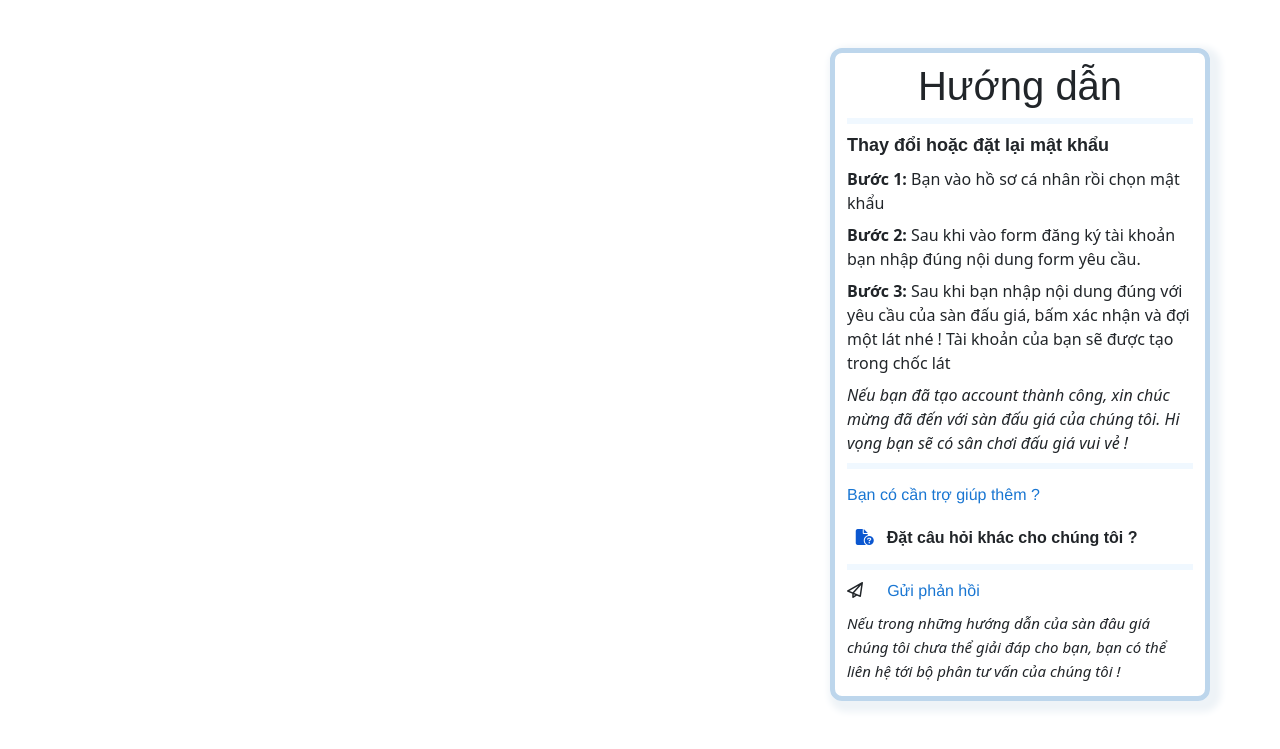
Repository: SonPhamThe/C0622G1-module5
Page: prototype--module6/guides/guide2.html
An editor plug-in stored every save of this project. The page is shown before and after the next save, followed by the edit.
The browser window is 1280 px wide. The pictures show the whole page.
Some web libraries are served in a nearby version.

Above is the page before, as saved 2022-12-07 15:27:15.

### prototype--module6/guides/guide2.html
<!DOCTYPE html>
<html lang="en">
  <head>
    <meta charset="UTF-8" />
    <meta
      name="viewport"
      content="width=device-width, user-scalable=no, initial-scale=1.0, maximum-scale=1.0, minimum-scale=1.0"
    />
    <meta http-equiv="X-UA-Compatible" content="ie=edge" />
    <title>Trang chủ hướng dẫn</title>
    <link rel="stylesheet" href="guide1.css" />
    <link rel="icon" type="image/x-icon" href="favicon.ico" />

    <link
      rel="stylesheet"
      href="https://cdnjs.cloudflare.com/ajax/libs/font-awesome/6.2.1/css/all.min.css"
    />

    <link
      href="https://cdn.jsdelivr.net/npm/bootstrap@5.1.3/dist/css/bootstrap.min.css"
      rel="stylesheet"
      integrity="sha384-1BmE4kWBq78iYhFldvKuhfTAU6auU8tT94WrHftjDbrCEXSU1oBoqyl2QvZ6jIW3"
      crossorigin="anonymous"
    />
    <script
      src="https://cdn.jsdelivr.net/npm/bootstrap@5.1.3/dist/js/bootstrap.bundle.min.js"
      integrity="sha384-ka7Sk0Gln4gmtz2MlQnikT1wXgYsOg+OMhuP+IlRH9sENBO0LRn5q+8nbTov4+1p"
      crossorigin="anonymous"
    ></script>
    <link
      rel="stylesheet"
      href="https://cdnjs.cloudflare.com/ajax/libs/font-awesome/5.15.4/css/all.min.css"
    />
  </head>
  <body>
    <!--Khi chọn mục hướng dẫn trên navbar sẽ đổ modal xuống. Ở trang chủ hướng dẫn em tính làm gồm những phần:
      Cách đăng ký account,
      Thay đổi hoặc đặt lại mật khẩu của bạn,
      Quản lý mật khẩu, vv....
      Khi click một trong số option sẽ chuyển qua một form chứa nội dung của từng tiêu đề đó
     -->
    <div class="container mb-5 mt-5">
      <div class="row">
        <div class="col-lg-4"></div>
        <div class="col-lg-4"></div>
        <div class="boxed col-lg-4 shadow-md" style="height: 100% !important">
          <form>
            <div class="mt-1 text-center">
              <h1 style="font-family: sans-serif">Hướng dẫn</h1>
            </div>
            <div
              class="mb-2"
              style="height: 6px; background-color: aliceblue; width: 100%"
            ></div>
            <div class="mb-2">
              <label
                ><strong style="font-family: sans-serif; font-size: large"
                  >Thay đổi hoặc đặt lại mật khẩu</strong
                ></label
              >
            </div>
            <div class="mb-2">
              <span>
                <strong>Bước 1: </strong>
                Bạn vào hồ sơ cá nhân rồi chọn mật khẩu
              </span>
            </div>
            <div class="mb-2">
              <span>
                <strong>Bước 2: </strong>
                Sau khi vào form đăng ký tài khoản bạn nhập đúng nội dung form
                yêu cầu.
              </span>
            </div>
            <div class="mb-2">
              <span>
                <strong>Bước 3: </strong>
                Sau khi bạn nhập nội dung đúng với yêu cầu của sàn đấu giá, bấm
                xác nhận và đợi một lát nhé ! Tài khoản của bạn sẽ được tạo
                trong chốc lát
              </span>
            </div>

            <div class="mb-2">
              <i>
               Nếu bạn đã tạo account thành công, xin chúc mừng đã đến với sàn đấu giá của chúng tôi. Hi vọng bạn sẽ có sân chơi đấu giá vui vẻ !
              </i>
            </div>

            <div
              class="mb-2"
              style="height: 6px; background-color: aliceblue; width: 100%"
            ></div>

            <div class="mb-2">
              <h6
                class="mt-3 mb-3"
                style="color: #1976d2; font-family: Helvetica"
              >
                Bạn có cần trợ giúp thêm ?
              </h6>
              <div class="mb-2">
                <i class="fa-solid fa-file-circle-question"></i>
                <label style="font-family: sans-serif"
                  ><strong>Đặt câu hỏi khác cho chúng tôi ?</strong></label
                >
              </div>
              <div
                class="mb-2"
                style="height: 6px; background-color: aliceblue; width: 100%"
              ></div>
              <div class="mb-2">
                <i class="fa-regular fa-paper-plane"></i>
                <label
                  style="
                    color: #1976d2;
                    font-family: Helvetica;
                    margin-left: 20px;
                  "
                >
                  Gửi phản hồi
                </label>
              </div>
            </div>
          </form>
          <div class="mb-2">
            <span style="font-size: 15px" class="fst-italic"
              >Nếu trong những hướng dẫn của sàn đâu giá chúng tôi chưa thể giải
              đáp cho bạn, bạn có thể liên hệ tới bộ phân tư vấn của chúng tôi
              !</span
            >
          </div>
        </div>

        <div class="col-lg-3"></div>
      </div>
    </div>
  </body>
  <script src="//ajax.googleapis.com/ajax/libs/jquery/1.9.1/jquery.min.js"></script>
  <script
    src="https://cdn.jsdelivr.net/npm/popper.js@1.12.9/dist/umd/popper.min.js"
    integrity="sha384-ApNbgh9B+Y1QKtv3Rn7W3mgPxhU9K/ScQsAP7hUibX39j7fakFPskvXusvfa0b4Q"
    crossorigin="anonymous"
  ></script>
</html>

### prototype--module6/guides/guide1.css
.boxed {
  width: 400px;
  height: 550px;
}

.boxed {
  border: 5px solid;
  border-image-slice: 1;
  border-color: rgb(189, 214, 236);
  padding: 5px;
  border-radius: 12px;
  background-color: transparent;
  box-shadow: 5px 5px 7px 6px  rgb(238, 243, 247);
}

.fa-solid {
  color: #0b57d0;
  height: 1.125rem;
  margin: 0.55rem;
  visibility: initial;
  width: 1.125rem;
}

After the next save:
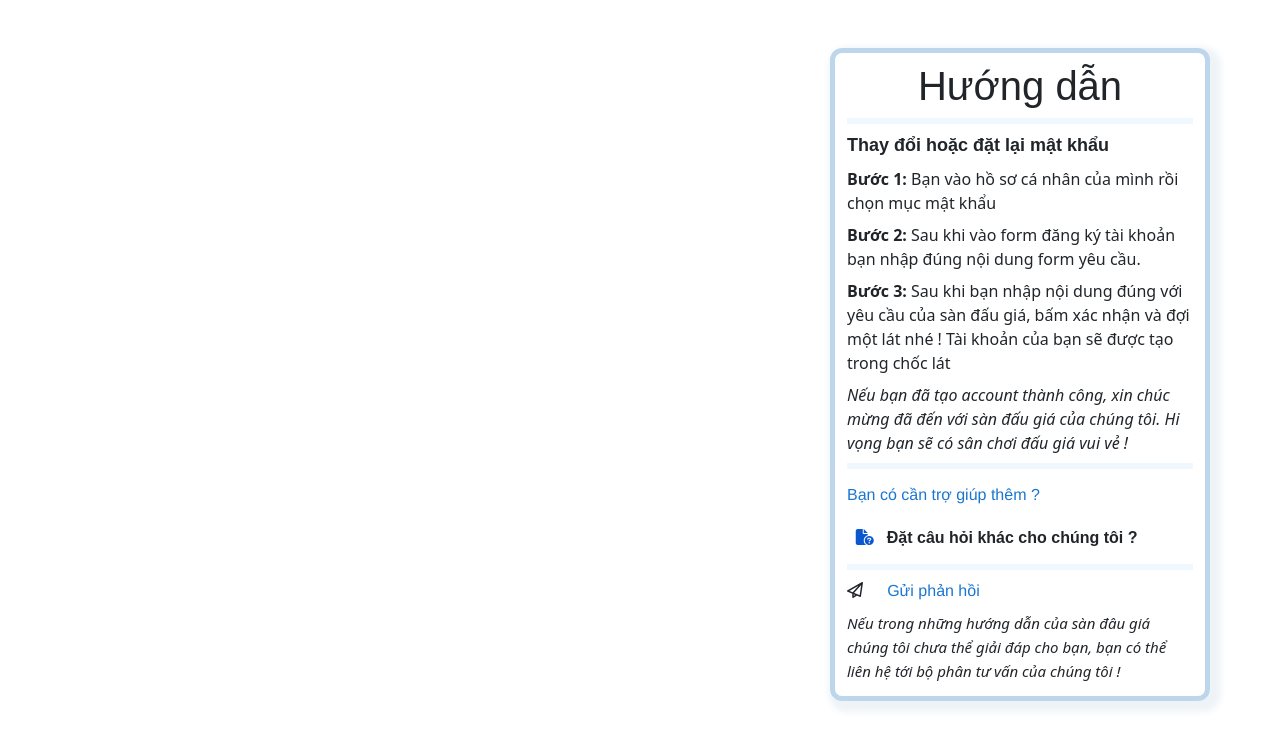
Saved 34 s later.
--- a/prototype--module6/guides/guide2.html
+++ b/prototype--module6/guides/guide2.html
@@ -62,8 +62,7 @@
             <div class="mb-2">
               <span>
                 <strong>Bước 1: </strong>
-                Bạn vào hồ sơ cá nhân rồi chọn mật khẩu
-              </span>
+                Bạn vào hồ sơ cá nhân của mình rồi chọn mục mật khẩu
             </div>
             <div class="mb-2">
               <span>
